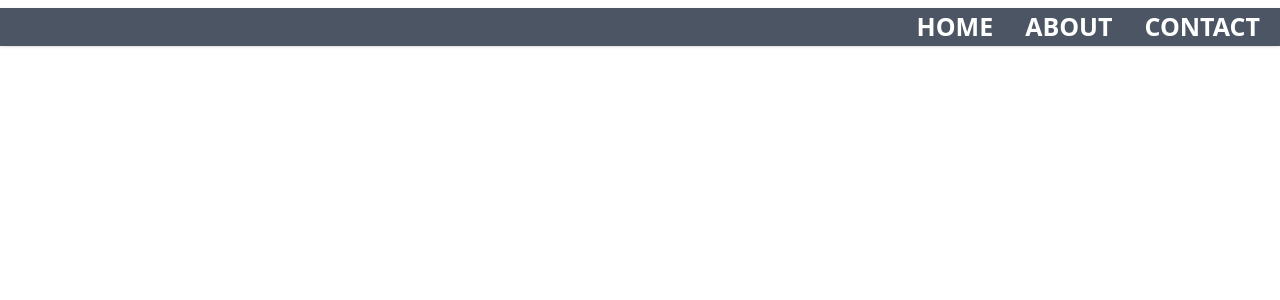
Repository: singhaayush5/CollegeCompanion-Hackathon-IIIT-RANCHI-
Page: / (app in client/)
The author's editor kept a copy of each file at every save. The page is drawn from the files as they stood at one save, then again after the next save.
The browser window is 1280 px wide. The pictures show the whole page.
The project was rebuilt for these pictures with package versions that can differ from the ones it lists, and the page was loaded fresh each time. Also part of the build but not shown: client/vite.config.js, client/src/App.css, client/src/Component/Card.jsx, client/src/Component/JobPortal/JobPortal.jsx, client/src/Component/GradeTracker/GradePortal.jsx.

Above is the page before, as saved 2023-04-15 23:16:16.

### client/src/App.jsx
import { useState } from "react";
import reactLogo from "./assets/react.svg";
import viteLogo from "/vite.svg";
import "./App.css";
import Job from "./Component/JobPortal/JobPortal";
import Navbar from "./Component/Navbar";
import GradePortal from "./Component/GradeTracker/GradePortal";

import {
  createBrowserRouter,
  createRoutesFromElements,
  RouterProvider,
  Route,
} from "react-router-dom";

function App() {
  const router = createBrowserRouter(
    createRoutesFromElements(
      <Route path="/" element={<Navbar />}>
        <Route path="job" element={<Job />}></Route>
        <Route path="grade" element={<GradePortal />}></Route>
      </Route>
    )
  );
  return <RouterProvider router={router} />;
}

export default App;

### client/src/Component/Navbar.jsx
import React from "react";
// import TrackLogo from "../images/TrackLogo.png";
function navbar() {
  return (
    <nav className="p-1 bg-gray-600 mt-2 shadow md:flex md:items-center md:justify-between fixed top-0 w-full">
      <div className="flex justify-between items-center ">
        <span className=" cursor-pointer">
          {/* <img
            src={TrackLogo}
            alt=""
            width="60px"
            height="60px"
            style={{
              borderRadius: "30px",
            }}
          /> */}
        </span>

        <span className="text-3xl cursor-pointer mx-2 md:hidden block">
          <ion-icon name="menu" onclick="Menu(this)"></ion-icon>
        </span>
      </div>
      <ul className="md:flex md:items-center z-[-1] md:z-auto md:static absolute w-full left-0 md:w-auto md:py-0 py-4 md:pl-0 pl-7 md:opacity-100 opacity-0 top-[-400px] transition-all ease-in duration-500">
        <li className="mx-4 my-6 md:my-0">
          <a
            href="/#"
            style={{
              fontSize: "25px",
            }}
            className="text-xl hover:text-cyan-500 text-extrabold duration-500 font-extrabold text-white"
          >
            HOME
          </a>
        </li>
        <li className="mx-4 my-6 md:my-0">
          <a
            href="/#"
            style={{
              fontSize: "25px",
            }}
            className="text-xl hover:text-cyan-500 duration-500  font-extrabold text-white"
          >
            ABOUT
          </a>
        </li>
        <li className="mx-4 my-6 md:my-0">
          <a
            href="/#"
            style={{
              fontSize: "25px",
            }}
            className="text-xl hover:text-cyan-500 duration-500 font-extrabold text-white"
          >
            CONTACT
          </a>
        </li>
      </ul>
    </nav>
  );
}

export default navbar;

Loaded but not shown: client/index.html (common file); client/src/main.jsx (common file); client/src/index.css (common file); client/tailwind.config.js (common file)

After the next save:
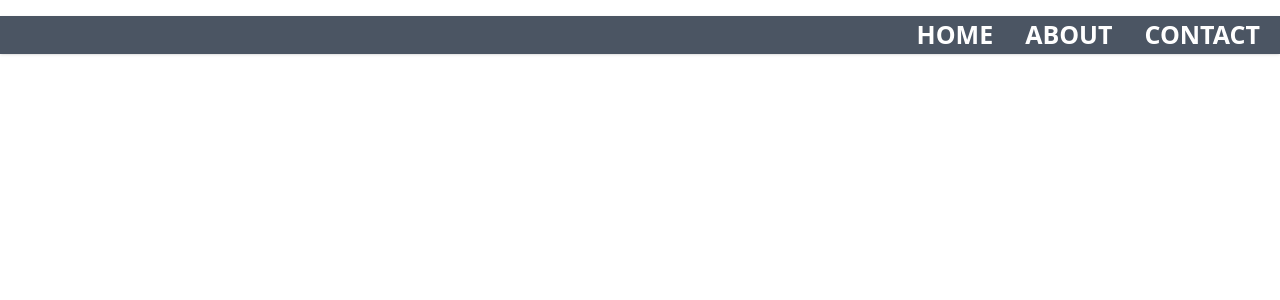
Saved 9 s later.
--- a/client/src/Component/Navbar.jsx
+++ b/client/src/Component/Navbar.jsx
@@ -2,7 +2,7 @@
 // import TrackLogo from "../images/TrackLogo.png";
 function navbar() {
   return (
-    <nav className="p-1 bg-gray-600 mt-2 shadow md:flex md:items-center md:justify-between fixed top-0 w-full">
+    <nav className="p-1 bg-gray-600 mt-2 shadow md:flex md:items-center md:justify-between fixed top-2 w-full">
       <div className="flex justify-between items-center ">
         <span className=" cursor-pointer">
           {/* <img

After the save that followed:
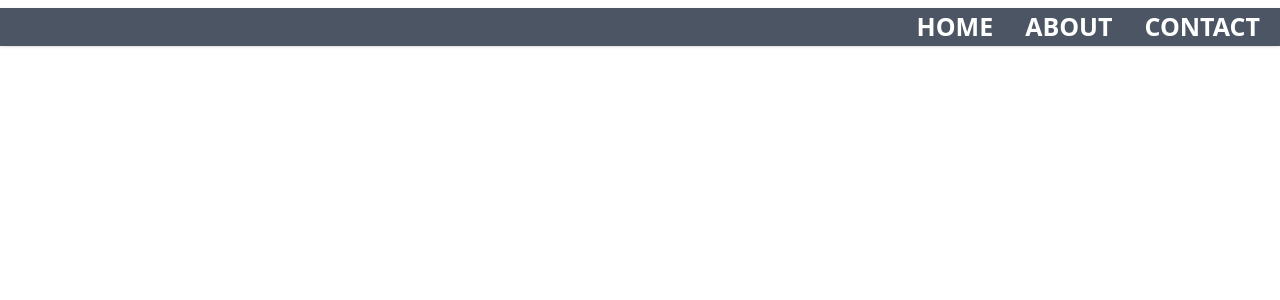
Saved 6 s later.
--- a/client/src/Component/Navbar.jsx
+++ b/client/src/Component/Navbar.jsx
@@ -2,7 +2,7 @@
 // import TrackLogo from "../images/TrackLogo.png";
 function navbar() {
   return (
-    <nav className="p-1 bg-gray-600 mt-2 shadow md:flex md:items-center md:justify-between fixed top-2 w-full">
+    <nav className="p-1 bg-gray-600  shadow md:flex md:items-center md:justify-between fixed top-2 w-full">
       <div className="flex justify-between items-center ">
         <span className=" cursor-pointer">
           {/* <img
